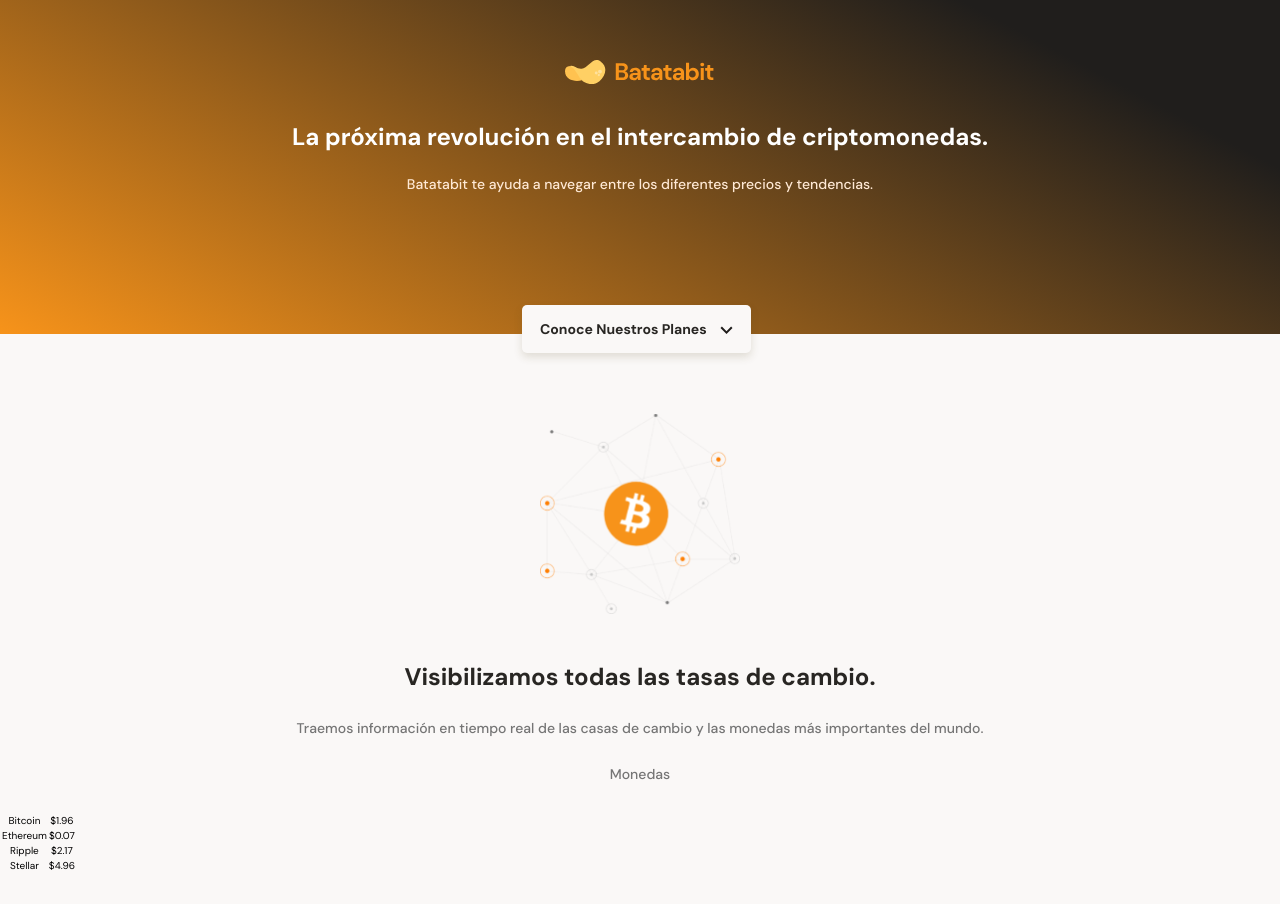
Repository: ChristianGecchelin/spa-full-css-html
Page: index.html
These files come from the project's save history. The page is drawn as it stood at one moment and after the next save; the edit follows.
The browser window is 1280 px wide. The pictures show the whole page.

Above is the page before, as saved 2021-11-29 17:42:59.

After the next save:
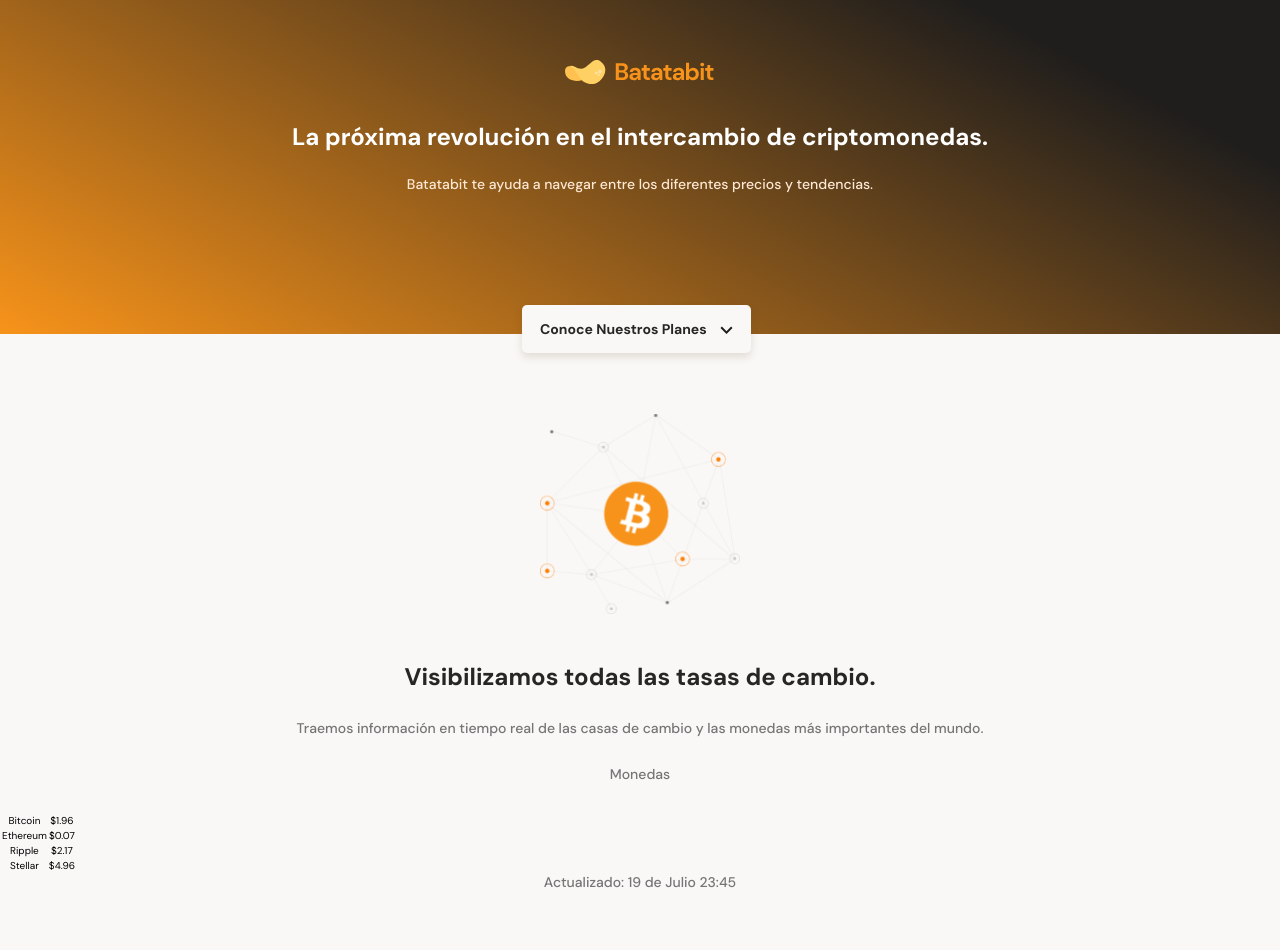
Saved 29 s later.
--- a/index.html
+++ b/index.html
@@ -66,7 +66,7 @@
                 </tr>
               </table>
             </div>
-            <div></div>
+            <div><p>Actualizado: 19 de Julio 23:45</p></div>
           </div>
         </section>
       </section>
